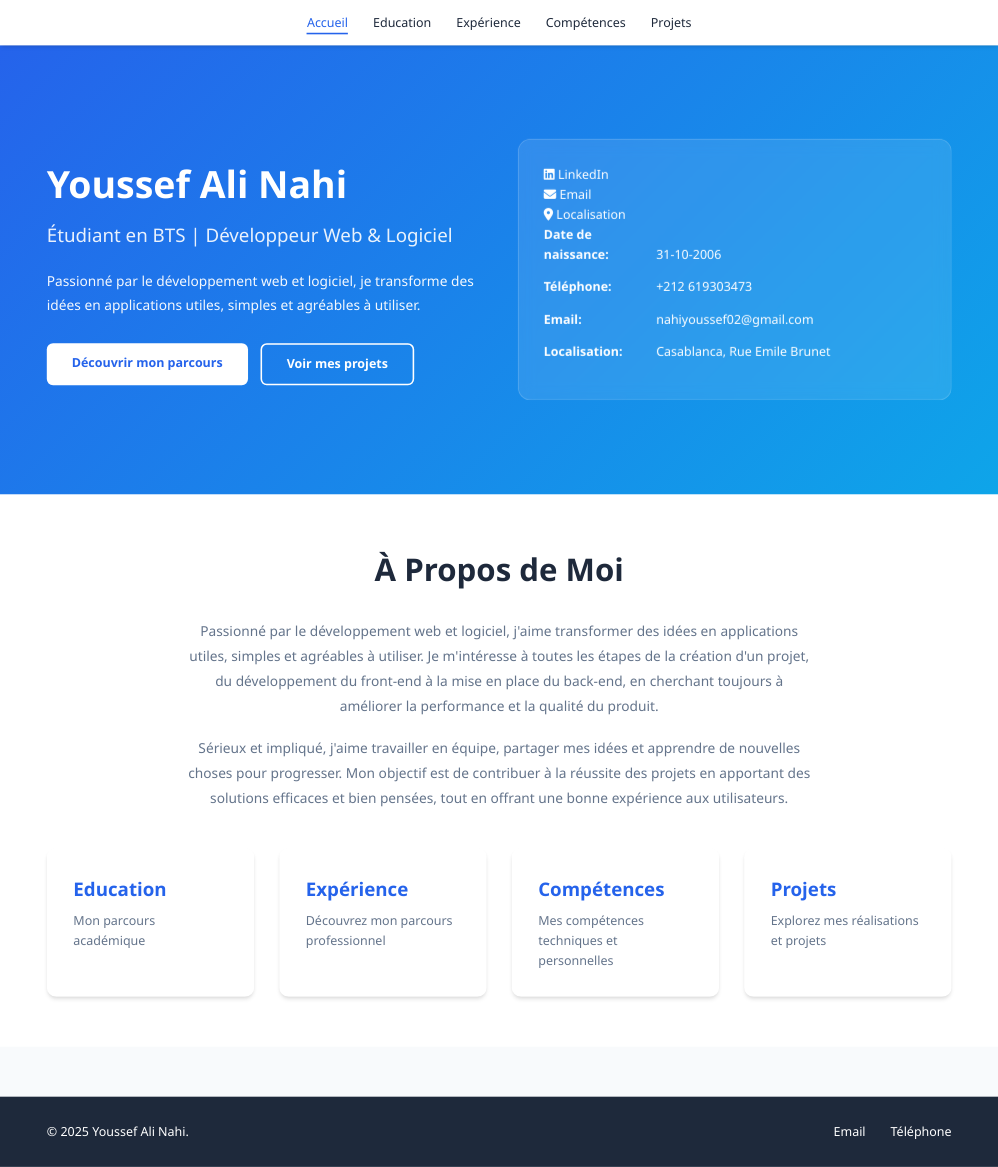
Repository: Youssef-Nahi504/My_Portfolio
Page: index.html
An editor plug-in stored every save of this project. The page is shown before and after the next save, followed by the edit.
The browser window is 1280 px wide. The pictures show the whole page, at 78% of full size.

Above is the page before, as saved 2025-12-21 13:23:35.

After the next save:
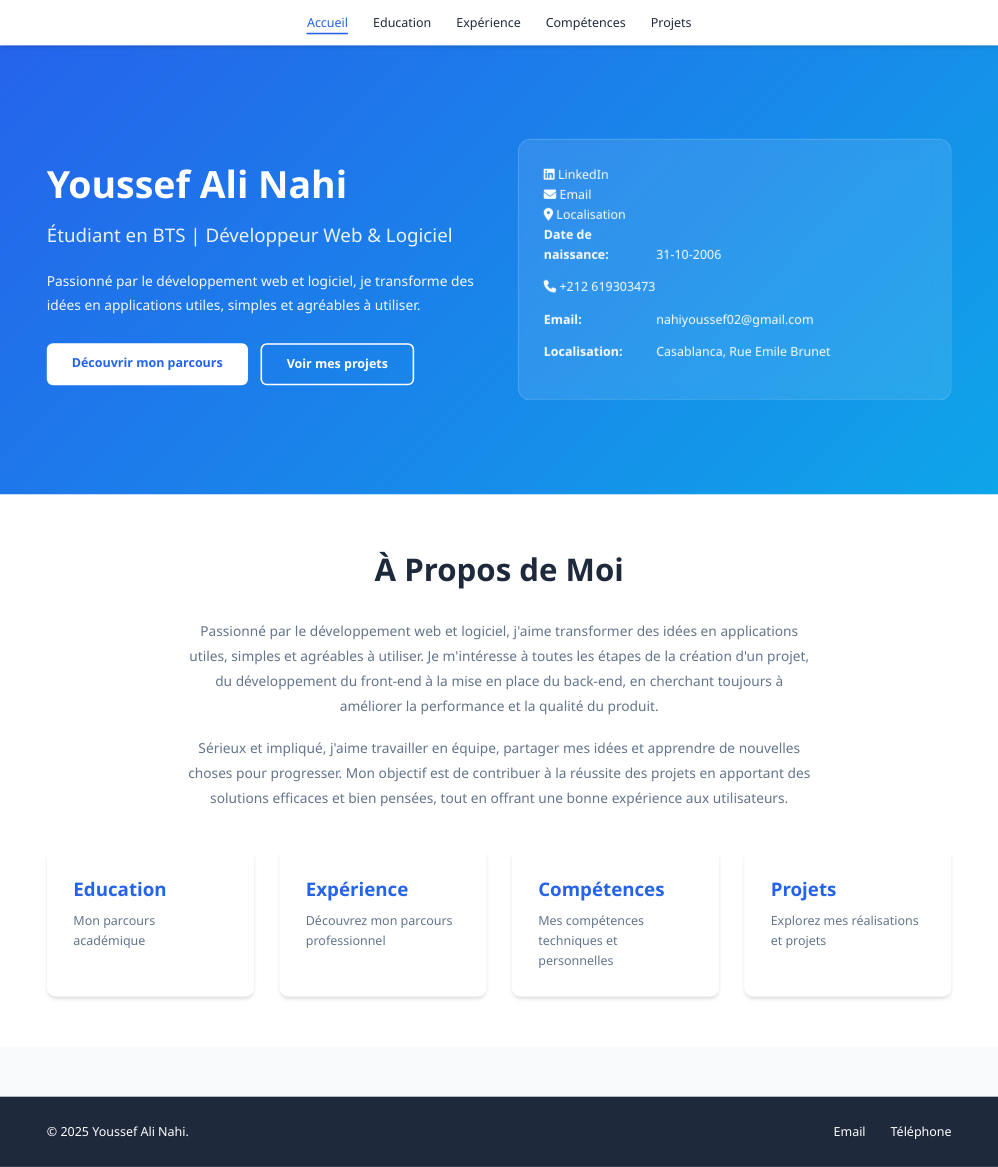
Saved 8 s later.
--- a/index.html
+++ b/index.html
@@ -43,7 +43,7 @@
                             <i class="fa-solid fa-envelope"></i> Email<br>
                             <i class="fa-solid fa-location-dot"></i> Localisation
                             <p><strong>Date de naissance:</strong> 31-10-2006</p>
-                            <p><strong>Téléphone:</strong> +212 619303473</p>
+                            <p><i class="fa-solid fa-phone"></i> +212 619303473</p>
                             <p><strong>Email:</strong> nahiyoussef02@gmail.com</p>
                             <p><strong>Localisation:</strong> Casablanca, Rue Emile Brunet</p>
                         </div>
